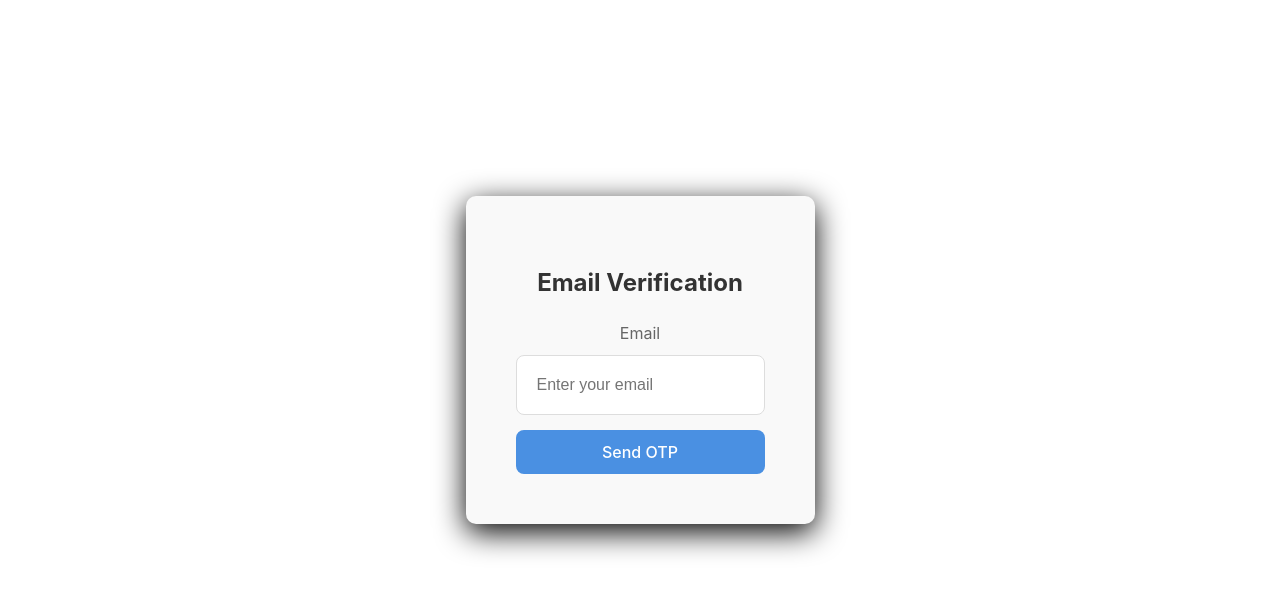
Repository: sarathraj2002/MockTest
Page: / (app in Frontend/)
These files come from the project's save history. The page is drawn as it stood at one moment and after a run of saves; the edit follows.
The browser window is 1280 px wide. The pictures show the whole page.
The project was rebuilt for these pictures with package versions that can differ from the ones it lists, and the page was loaded fresh each time. Also part of the build but not shown: Frontend/vite.config.js, Frontend/src/components/Home.jsx, Frontend/src/components/Mail.jsx.

Above is the page before, as saved 2024-11-13 17:06:33.

After the next 4 saves:
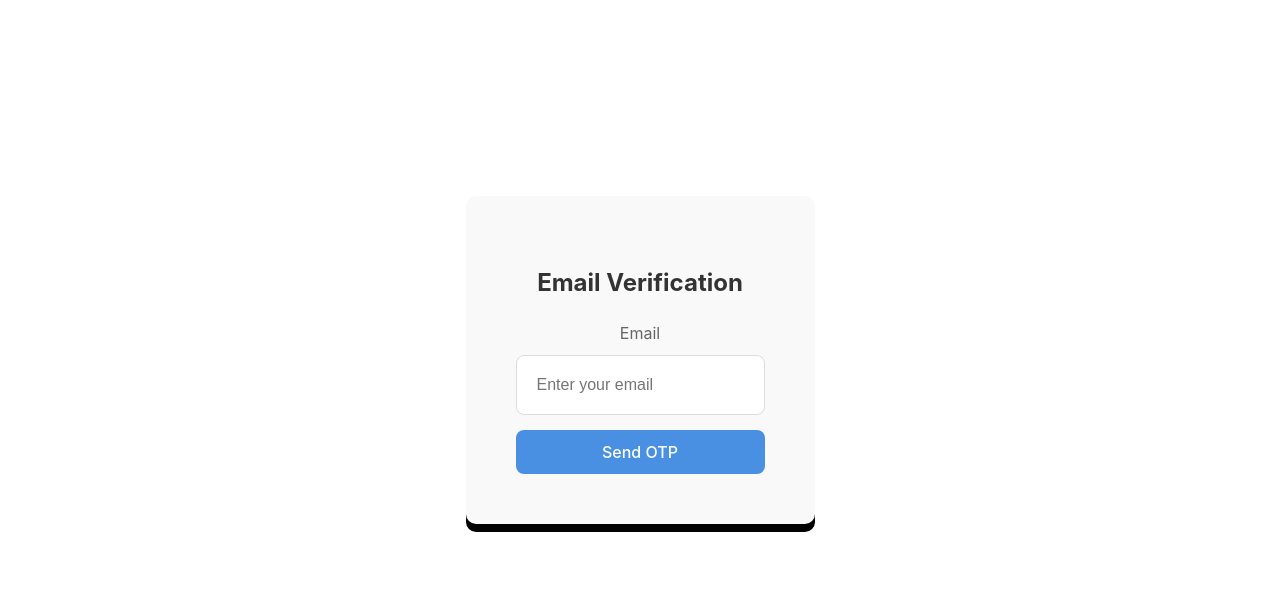
The 4 saves are shown as one change because they came seconds apart.
The last was saved 16 s later.
--- a/Frontend/src/components/Otp.jsx
+++ b/Frontend/src/components/Otp.jsx
@@ -57,7 +57,7 @@ function Email({ onEmailSubmit }) {
     padding: '50px',
     textAlign: 'center',
     backgroundColor: '#f9f9f9',
-    boxShadow: '0 8px 30px rgba(2, 2, 2, 1)',
+    boxShadow: '0 8px 0px rgba(2, 2, 2, 1)',
     borderRadius: '10px',
   }}
 >
